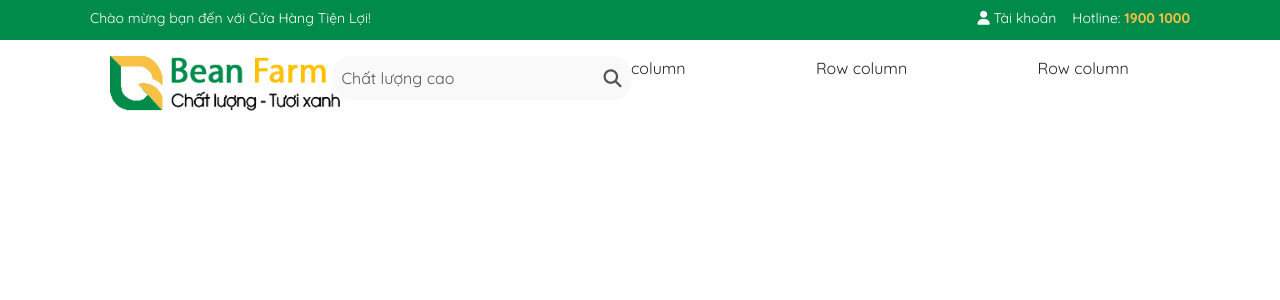
Repository: PAnhDuc/food.demo
Page: index.html
An editor plug-in stored every save of this project. The page is shown before and after the next save, followed by the edit.
The browser window is 1280 px wide. The pictures show the whole page.
Some web libraries are served in a nearby version.

Above is the page before, as saved 2024-11-13 20:31:13.

After the next save:
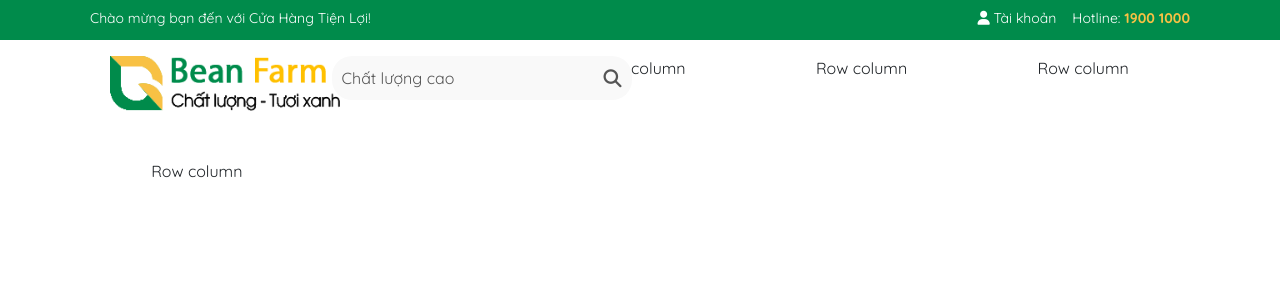
Saved 17 s later.
--- a/index.html
+++ b/index.html
@@ -61,6 +61,9 @@
                       <div class="col">
                         <div class="p-3">Row column</div>
                       </div>
+                      <div class="col">
+                        <div class="p-3">Row column</div>
+                      </div>
                     </div>
                   </div>
             </div>
